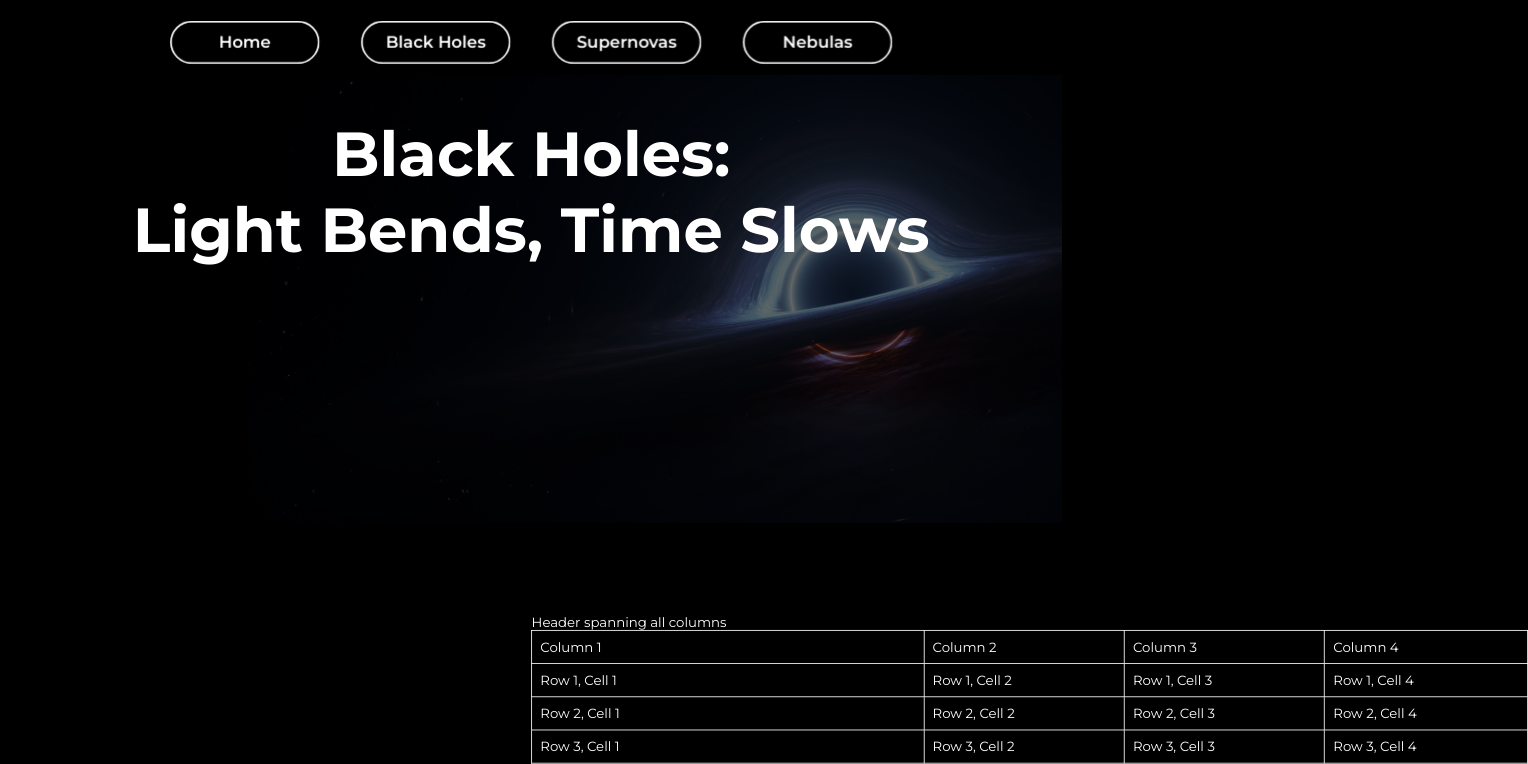
Repository: english-only/Space-Website
Page: black_hole.html
These files come from the project's save history. The page is drawn as it stood at one moment and after the next save; the edit follows.
The browser window is 1280 px wide. The page is 1841 px wide, then 1521 px, so the pictures cover 1841 px, including what lies to the right of the window. The pictures show the whole page, at 83% of full size.
Backgrounds fixed to the window are drawn as part of the page.

Above is the page before, as saved 2024-12-16 09:55:32.

After the next save:
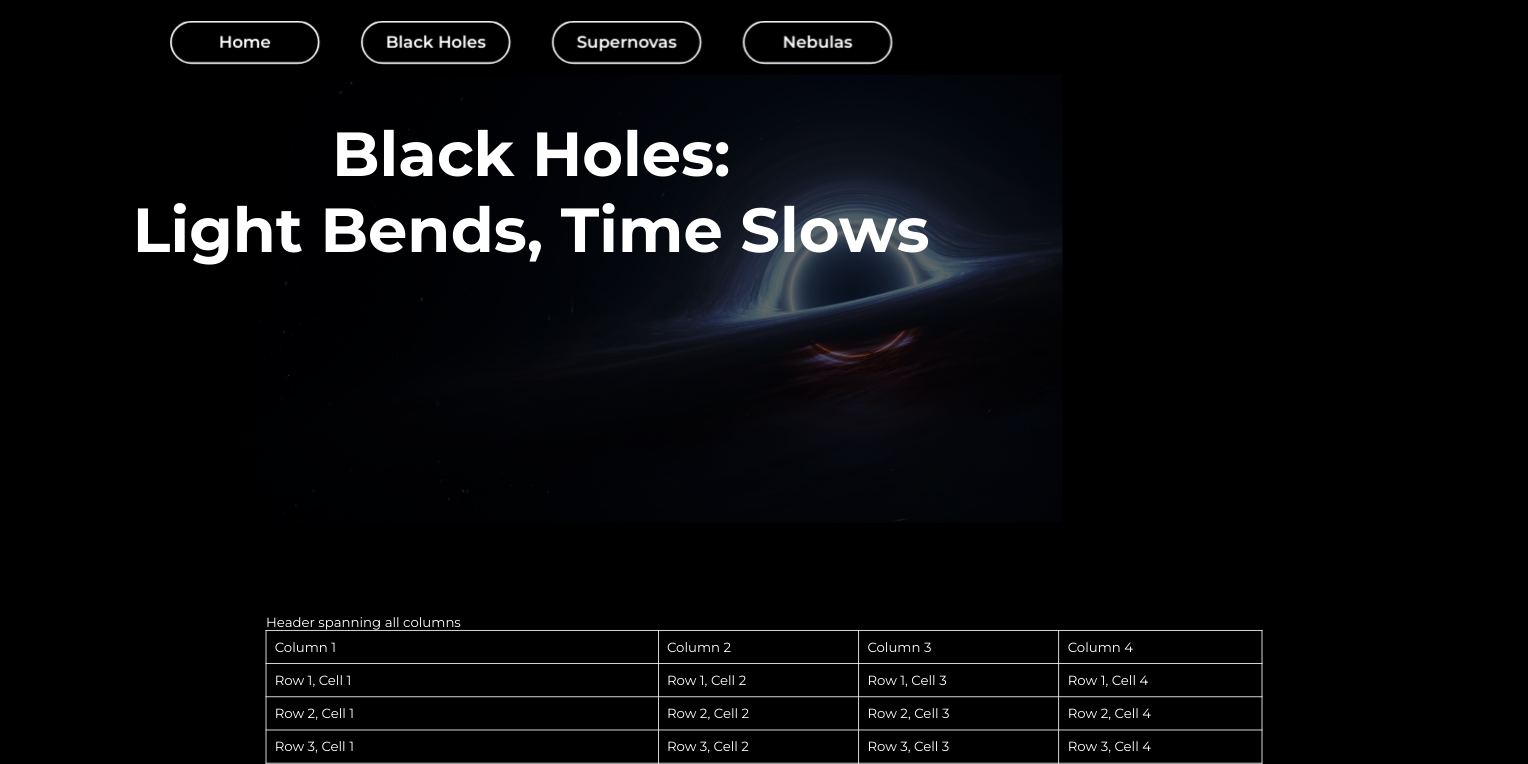
Saved 5 s later.
--- a/main.css
+++ b/main.css
@@ -324,7 +324,7 @@ body {
   display: table;
   width: 1200px;
   border-collapse: collapse;
-  margin-left: 50%;
+  margin-left: 25%;
 }
 
 .header-row {
